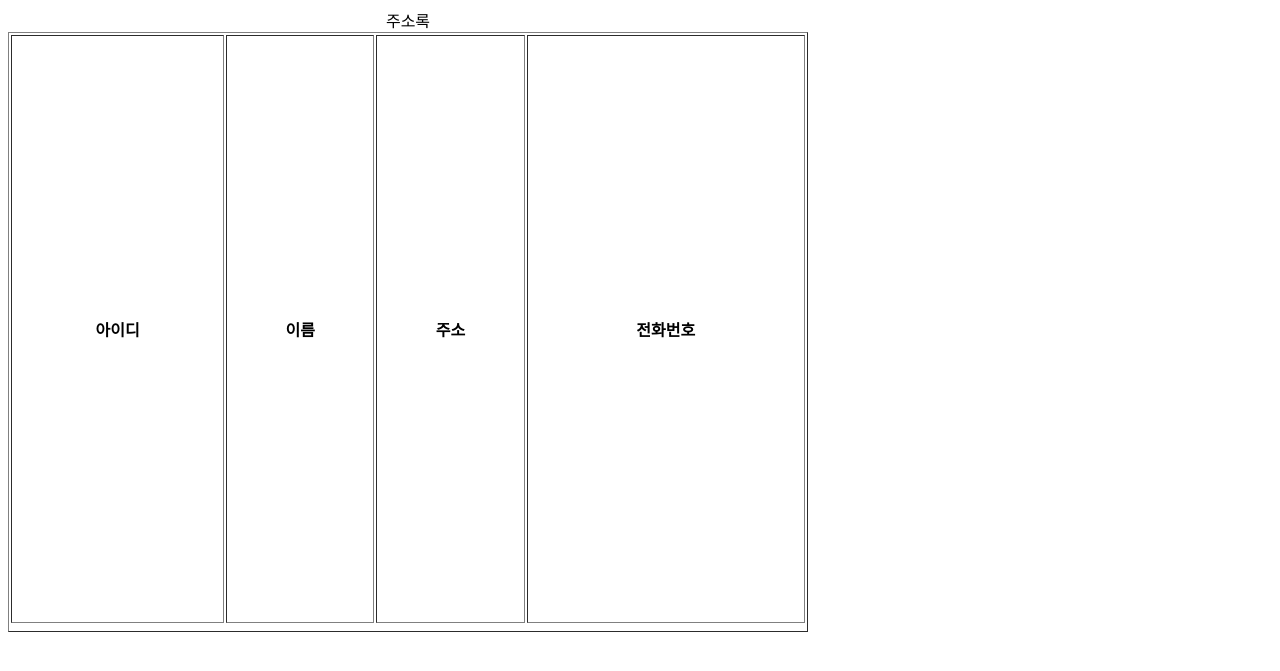
Repository: rightsecond3/java52
Page: workspace_script/dev_html/WebContent/html_table/table_1.html
An editor plug-in stored every save of this project. The page is shown before and after the next save, followed by the edit.
The browser window is 1280 px wide. The pictures show the whole page.

Above is the page before, as saved 2019-06-10 02:10:28.

After the next save:
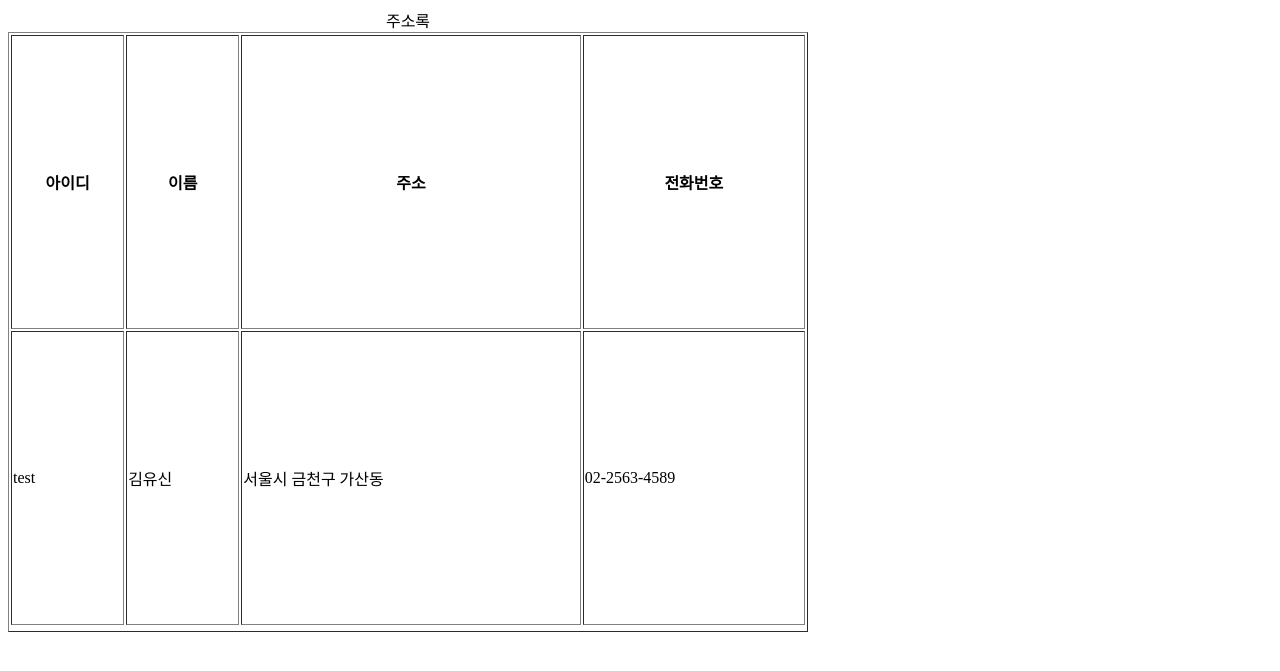
Saved 61 s later.
--- a/workspace_script/dev_html/WebContent/html_table/table_1.html
+++ b/workspace_script/dev_html/WebContent/html_table/table_1.html
@@ -17,7 +17,14 @@
 				<th>주소</th>
 				<th>전화번호</th>
 			</tr>
-		<tbody></tbody>
+		<tbody>
+			<tr>
+				<td>test</td>
+				<td>김유신</td>
+				<td>서울시 금천구 가산동</td>
+				<td>02-2563-4589</td>
+			</tr>
+		</tbody>
 		<tfoot></tfoot>
 	</table>
 </body>
